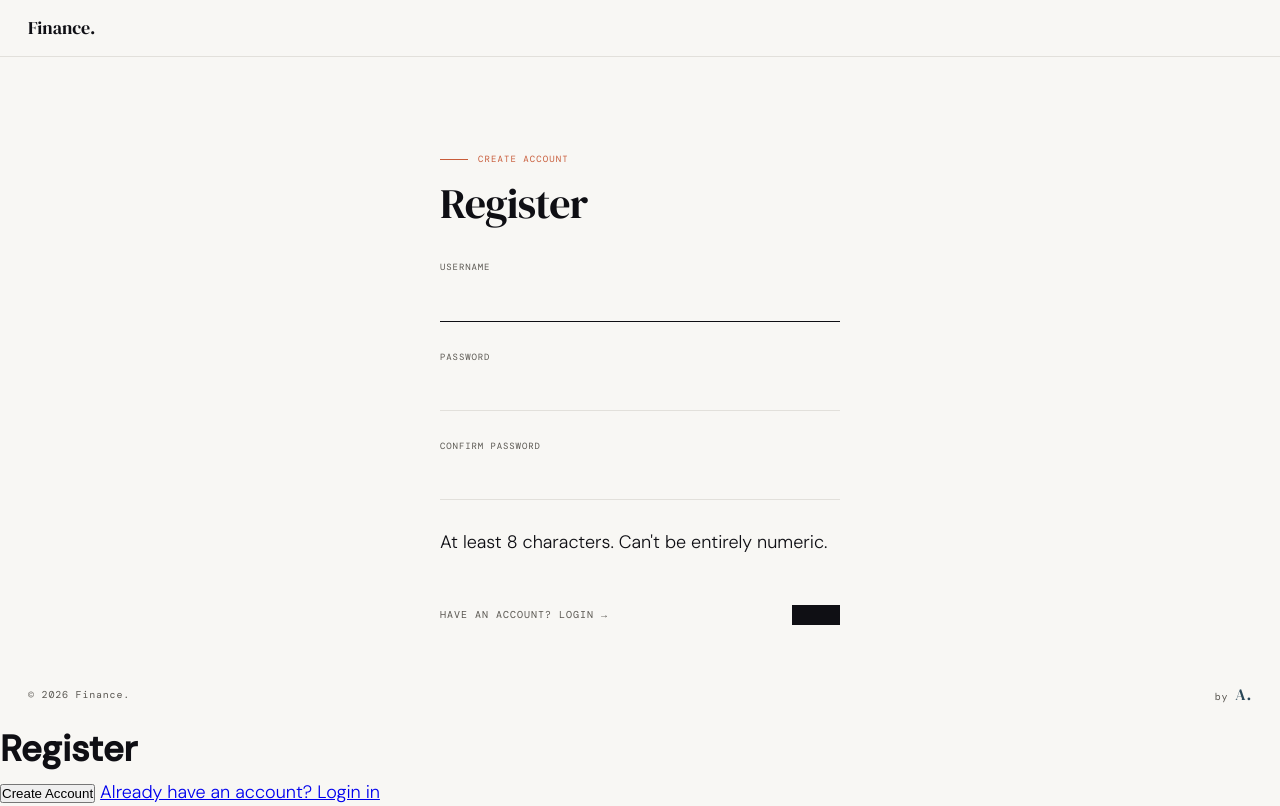
Repository: adtm0/Fined
Page: tracker/templates/tracker/register.html
The author's editor kept a copy of each file at every save. The page is drawn from the files as they stood at one save, then again after the next save.
The browser window is 1280 px wide. The pictures show the whole page.
Some web fonts or font styles are not loaded; a fallback is used. The template is drawn by Django 4.2. The application's start-up code is not run. The template is opened directly, without the code that normally fills it, so the values that code supplies are empty.

Above is the page before, as saved 2026-05-01 21:50:16.

After the next save:
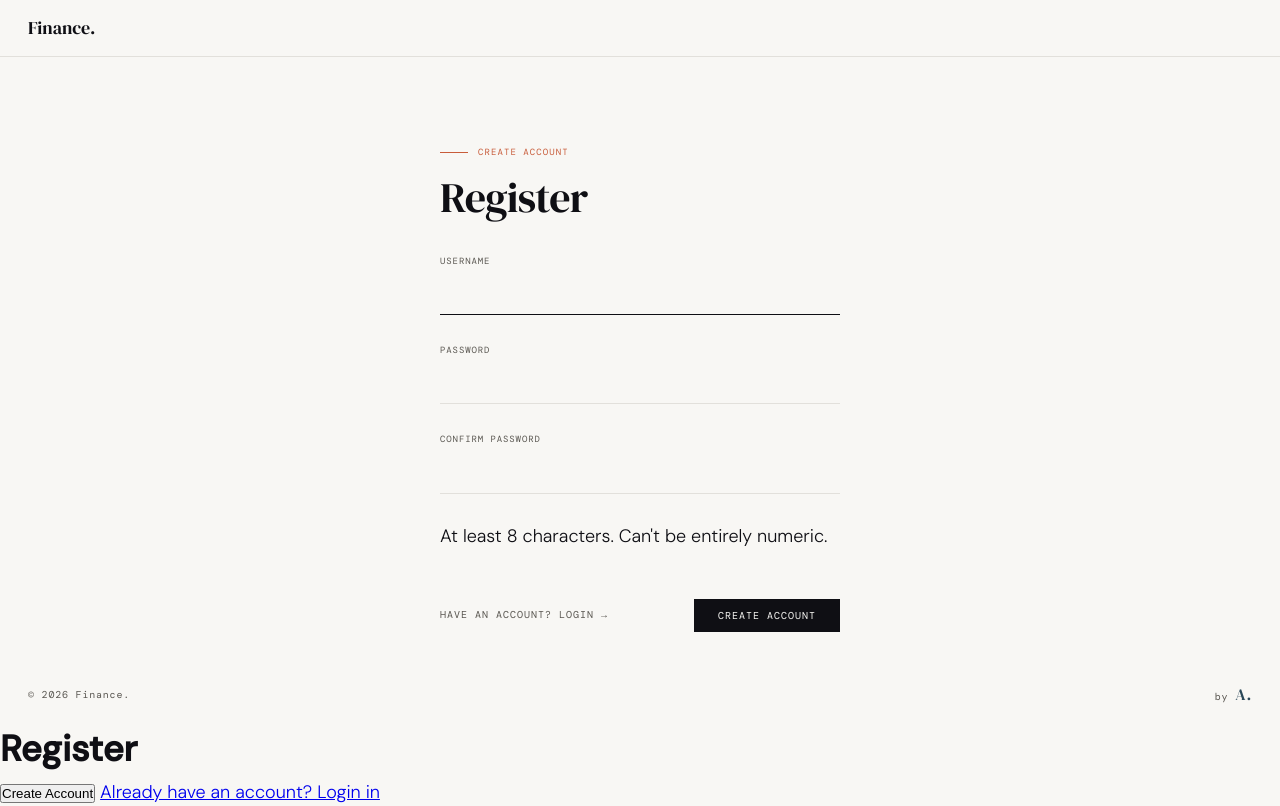
Saved 5 s later.
--- a/tracker/templates/tracker/register.html
+++ b/tracker/templates/tracker/register.html
@@ -27,7 +27,7 @@
 
       <div class="auth-actions">
         <a href="/login/" class="auth-link">Have an account? Login →</a>
-        <button type="submit" class="modal-submit"></button>
+        <button type="submit" class="modal-submit">Create account</button>
       </div>
 
     </form>
